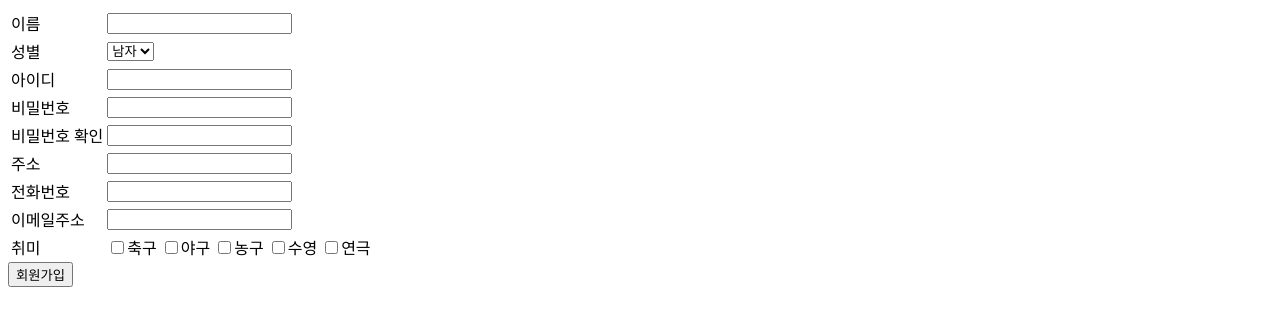
Repository: zero1128/20201113
Page: chap04/WebContent/join.html
The author's editor kept a copy of each file at every save. The page is drawn from the files as they stood at one save, then again after the next save.
The browser window is 1280 px wide. The pictures show the whole page.

Above is the page before, as saved 2020-11-05 00:35:45.

After the next save:
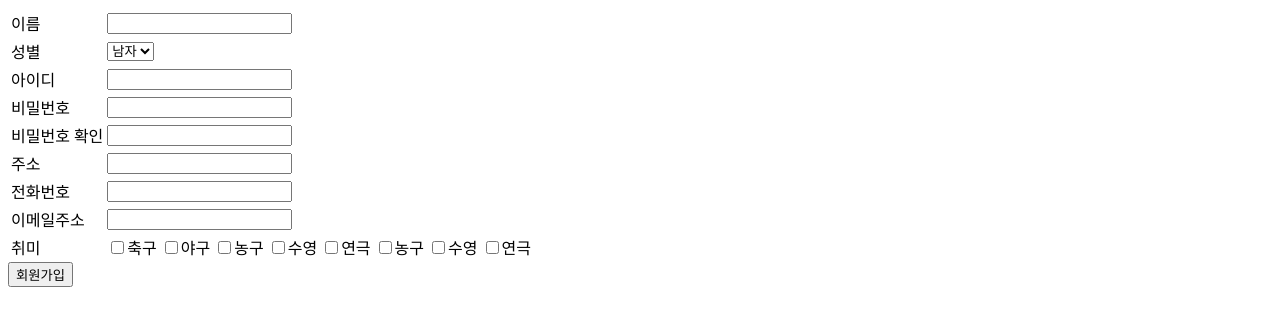
Saved 13 s later.
--- a/chap04/WebContent/join.html
+++ b/chap04/WebContent/join.html
@@ -28,6 +28,9 @@
 			<input type="checkbox" name="hobby" value="농구"/>농구
 			<input type="checkbox" name="hobby" value="수영"/>수영
 			<input type="checkbox" name="hobby" value="연극"/>연극
+			<input type="checkbox" name="hobby" value="농구"/>농구
+			<input type="checkbox" name="hobby" value="수영"/>수영
+			<input type="checkbox" name="hobby" value="연극"/>연극
 			</td>
 		</tr>
 	</table>
